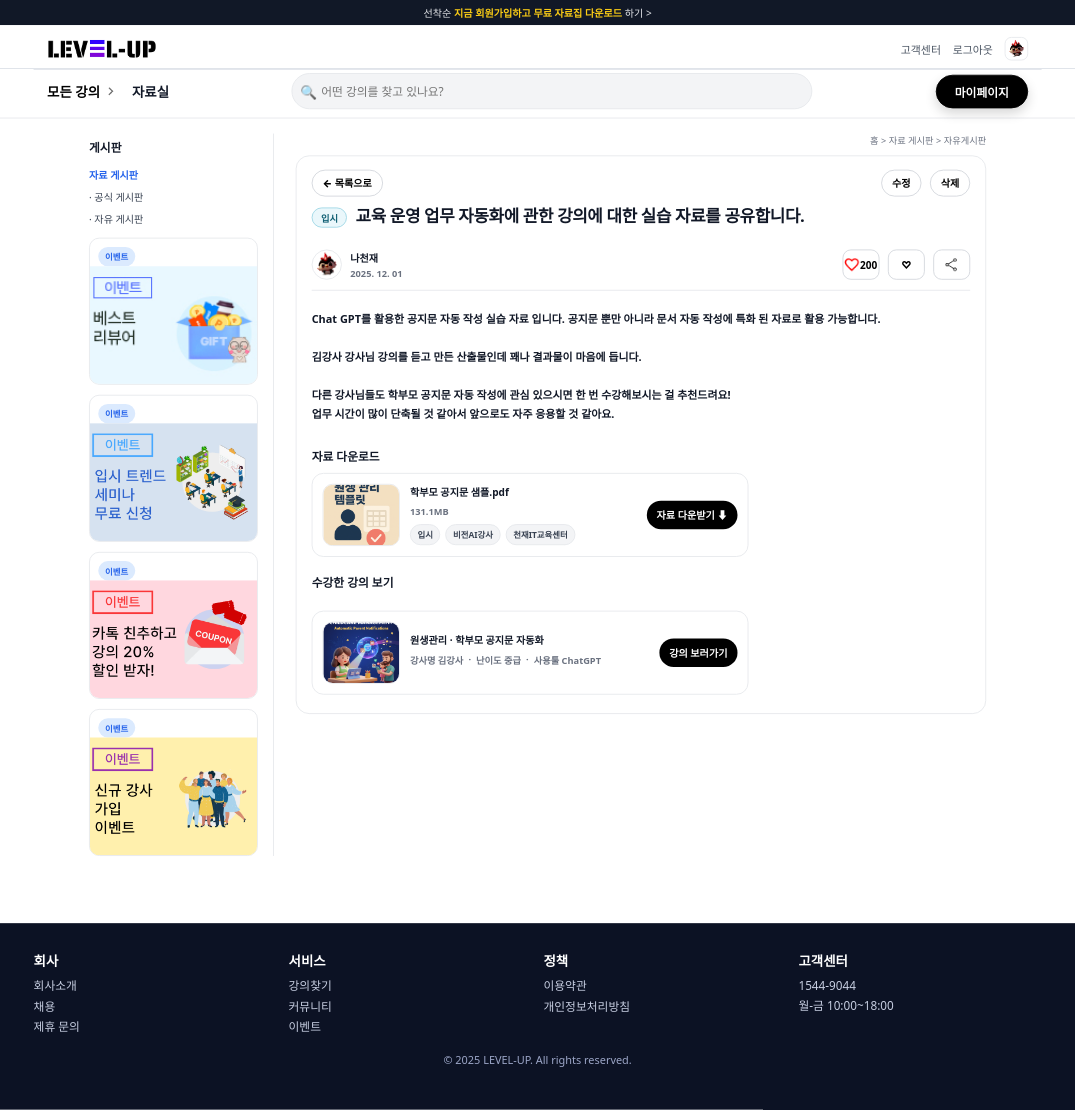
Repository: Iimchaehoon/level_up
Page: board_detail.html
The author's editor kept a copy of each file at every save. The page is drawn from the files as they stood at one save, then again after the next save.
The browser window is 1280 px wide. The pictures show the whole page, at 84% of full size.

Above is the page before, as saved 2025-12-16 23:02:43.

After the next save:
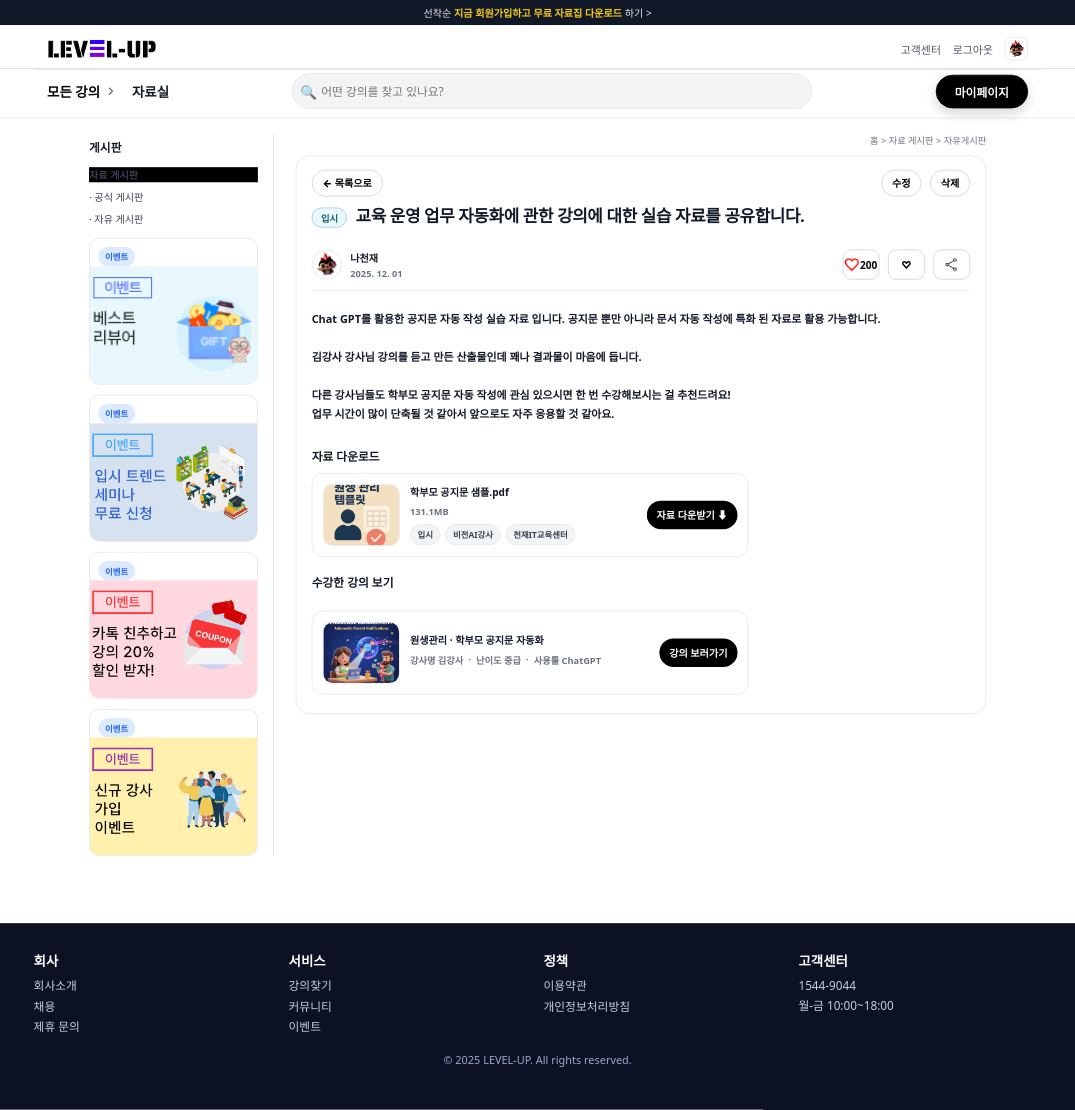
Saved 4 min 8 s later.
--- a/board_detail.html
+++ b/board_detail.html
@@ -154,7 +154,7 @@
     .side__title{ font-size:14px; font-weight:900; margin:6px 0 14px; }
     .side__links{ display:flex; flex-direction:column; gap:8px; font-size:12px; }
     .side__links a{ color:var(--gray-700); cursor:pointer; }
-    .side__links a.active{ color:var(--primary); font-weight:900; }
+    .side__links a.active{ background: black; font-weight:900; }
 
     .side__cards{ margin-top:14px; display:flex; flex-direction:column; gap:12px; }
     .evt{ border:1px solid var(--gray-200); border-radius:12px; overflow:hidden; background:#fff; }
